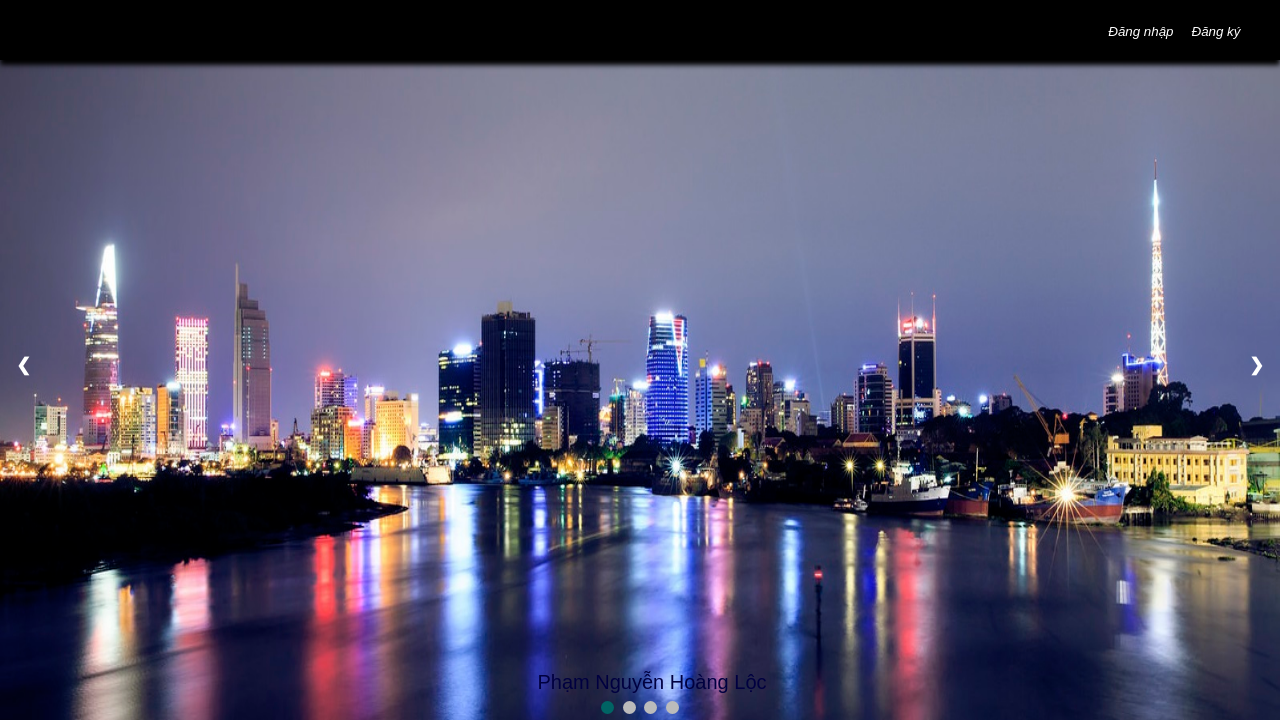
Repository: viplocpro/jsp
Page: ChatServlet/WebContent/index.html
The author's editor kept a copy of each file at every save. The page is drawn from the files as they stood at one save, then again after the next save.
The browser window is 1280 px wide. The pictures show the whole page.

Above is the page before, as saved 2016-10-13 03:08:15.

After the next save:
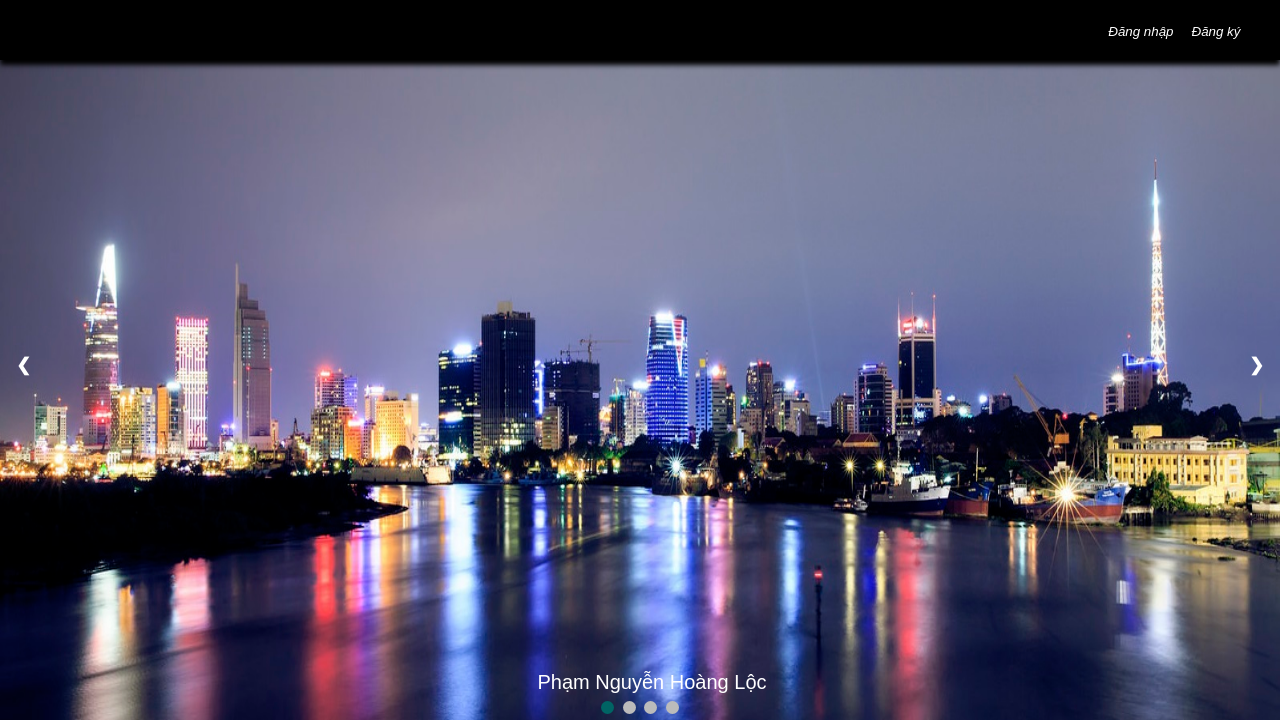
Saved 41 s later.
--- a/ChatServlet/WebContent/style/style.css
+++ b/ChatServlet/WebContent/style/style.css
@@ -137,7 +137,7 @@ body{
   bottom: 18px;
   width: 100%;
   text-align: center;
-  color: #000040;
+  color: white;
 }
 
 /* Number text (1/3 etc) */
